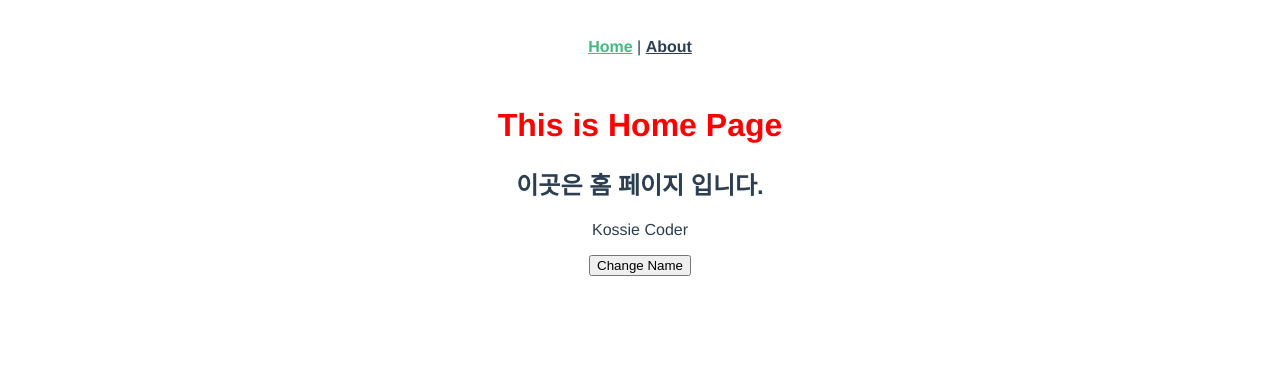
Repository: RyuGeunHwan/code_J
Page: / (app in vue-props/)
The author's editor kept a copy of each file at every save. The page is drawn from the files as they stood at one save, then again after the next save.
The browser window is 1280 px wide. The pictures show the whole page.
The project was rebuilt for these pictures with package versions that can differ from the ones it lists, and the page was loaded fresh each time.

Above is the page before, as saved 2022-08-11 15:58:19.

### vue-props/src/views/Home.vue
<!-- template태그 : HTML이 들어가는 구역  -->
<template>
  <div>
    <h1>This is Home Page</h1>
    <h2>이곳은 홈 페이지 입니다.</h2>
    <KossieCoder/>
  </div>
</template>

<!-- script태그 : 옵션,데이터,computed,watch 등이 들어가는 구역 -->
<script>
import KossieCoder from '@/components/KossieCoder.vue';


export default {
  components: {
    // import한 컴포넌트를 사용하겠다는 설정
    KossieCoder
  }
}
</script>


<!-- style : CSS코드 -->
<!-- scoped를 넣어줘야 위에보이는 template의 html태그에 적용이 된다. scoped를 않넣으면 vue어플리케이션 전체에 적용이 된다.-->
<style scoped>
h1{
  color : red
}
</style>

### vue-props/src/components/KossieCoder.vue
<template>
    <div>
        <p>{{  name  }}</p>
        <button @click="updateName">Change Name</button>
    </div>
</template>

<script>
export default {
    data(){
        return{
            name : 'Kossie Coder'
        }
    },
    methods: {
        updateName(){
            this.name = 'Kossie Coder Updated'
        }
    }

}
</script>

<style scoped>

</style>

Loaded but not shown: vue-props/public/index.html (common file); vue-props/src/main.js (common file); vue-props/src/App.vue (common file); vue-props/src/router/index.js (common file); vue-props/src/store/index.js (common file)

After the next save:
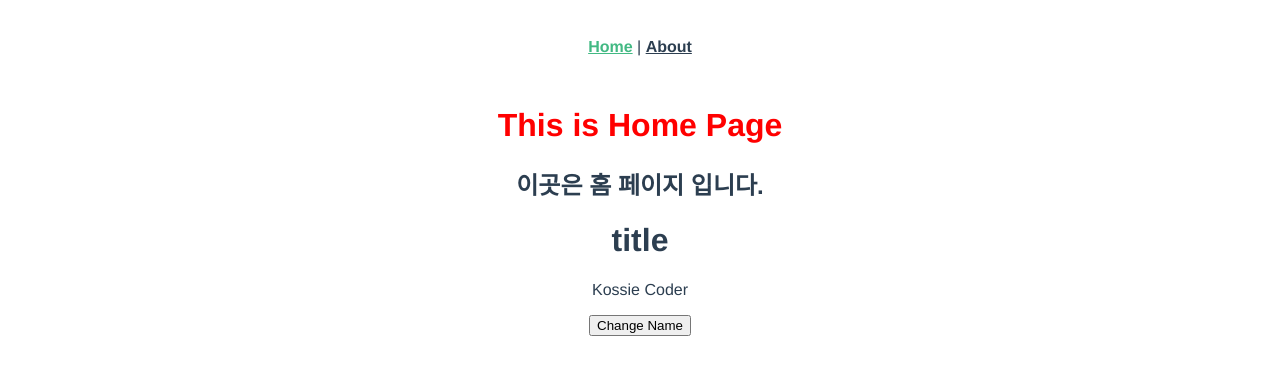
Saved 2 min 42 s later.
--- a/vue-props/src/components/KossieCoder.vue
+++ b/vue-props/src/components/KossieCoder.vue
@@ -1,5 +1,6 @@
 <template>
     <div>
+        <h1>title</h1>
         <p>{{  name  }}</p>
         <button @click="updateName">Change Name</button>
     </div>
